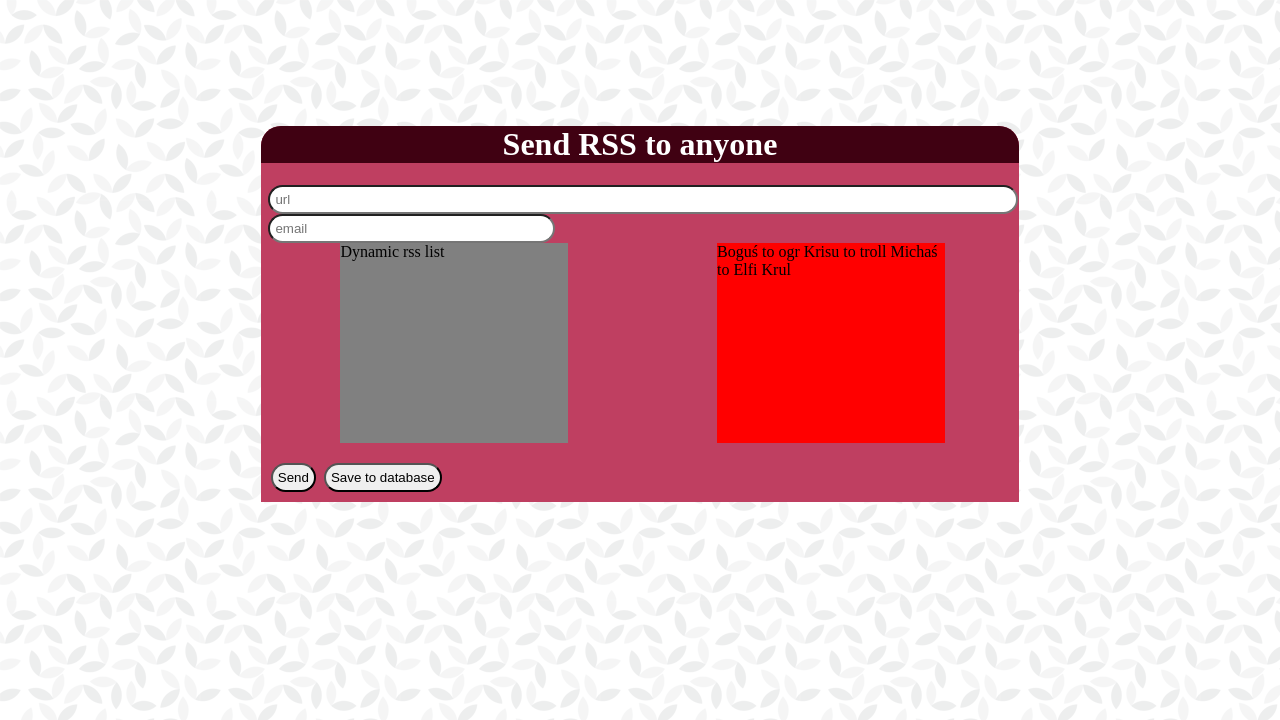
Repository: michalski9wsb/rss_final
Page: index.html
These files come from the project's save history. The page is drawn as it stood at one moment and after the next save; the edit follows.
The browser window is 1280 px wide. The pictures show the whole page.
Some web fonts or font styles are not loaded; a fallback is used.

Above is the page before, as saved 2020-03-08 10:32:28.

### index.html
<!DOCTYPE html>
<html lang="pl">
    <head>
        <meta charset="utf-8" />
        <title>Send RSS</title>
        <meta name="deskription" content="Apk for RSS" />
        <meta name="keywords" content="RSS,aplication, send" />
        <meta http-equiv="X-UA-Compatioble" content="IE=edge,chrome=1" />
        <link href="style.css" rel="stylesheet" type="text/css" />
        <link href="https://fonts.googleapis.com/css?family=Trade+Winds&display=swap" rel="stylesheet">
    </head>
    <body>
        <form method="get" action="send.php">
            <h1>Send RSS to anyone</h1>
            <div class="url-flex row">
                <input id="url"  name="url" type="url" placeholder="url"/>
            </div>
            <div id="helper"><input id="email"  name="email" type="email" placeholder="email" /></div>
            <div class="email-flex row">

                <div id="debug">
                    <label for="debug">Dynamic rss list</label>
                    <div name="debug"  rows="10">

                    </div>

                </div>
                <div class="sendlist" >
                    Boguś to ogr
                    Krisu to troll
                    Michaś to Elfi Krul
                </div>

             </div>
             <div style="clear:both;"></div>
            <div class="row">
                <!--<div class="buttonCentre">-->
                    <input id="send" type="submit" value="Send"/>
                    <button id="save" name="save">Save to database</button>
                <!--</div>-->
            </div>
        </form>
    </body>
</html>

### style.css
body{
    background-image: url(geometric-leaves/geometric-leaves.png);
    font-family: 'Trade Winds' ;
}
h1{
    display: block;
    border-radius: 20px 20px 0px 0px;
    background-color: #400112;
    color: white;
    margin-left: auto;
    margin-right: auto;
    text-align: center;
    position: relative;
}
form{
    border-radius: 20px 20px 0 0;
    margin-left: 20%;
    margin-top: 10%;
    width: 60%;
    background-color: #BF3F61;
}
input{
    border-radius: 20px;
    padding: 5px;
}
input[type=submit]{
    margin-left: 10px;
}
button{
    border-radius: 20px;
    margin-left: 4px;
    padding: 5px;
    margin-bottom: 10px;
}
#debug{

    background-color: gray;
    flex-direction: column;
    margin-left: 5px;
    float: left;
    width: 30%;
    height: 200px;
}
.sendlist{
    background-color: red;
    height: 200px;
    width: 30%;
}

input#email{
    float: left;
    width: 36%;
    margin-left: 1%;
}
input#url{
    /*margin-top: 2%;*/
    margin-left: 1%;
    width: 97%;
}
.row{
    width: 100%;
    margin-top: 20px;
}
.email-flex{
    display: flex;
    justify-content: space-around;
}

After the next save:
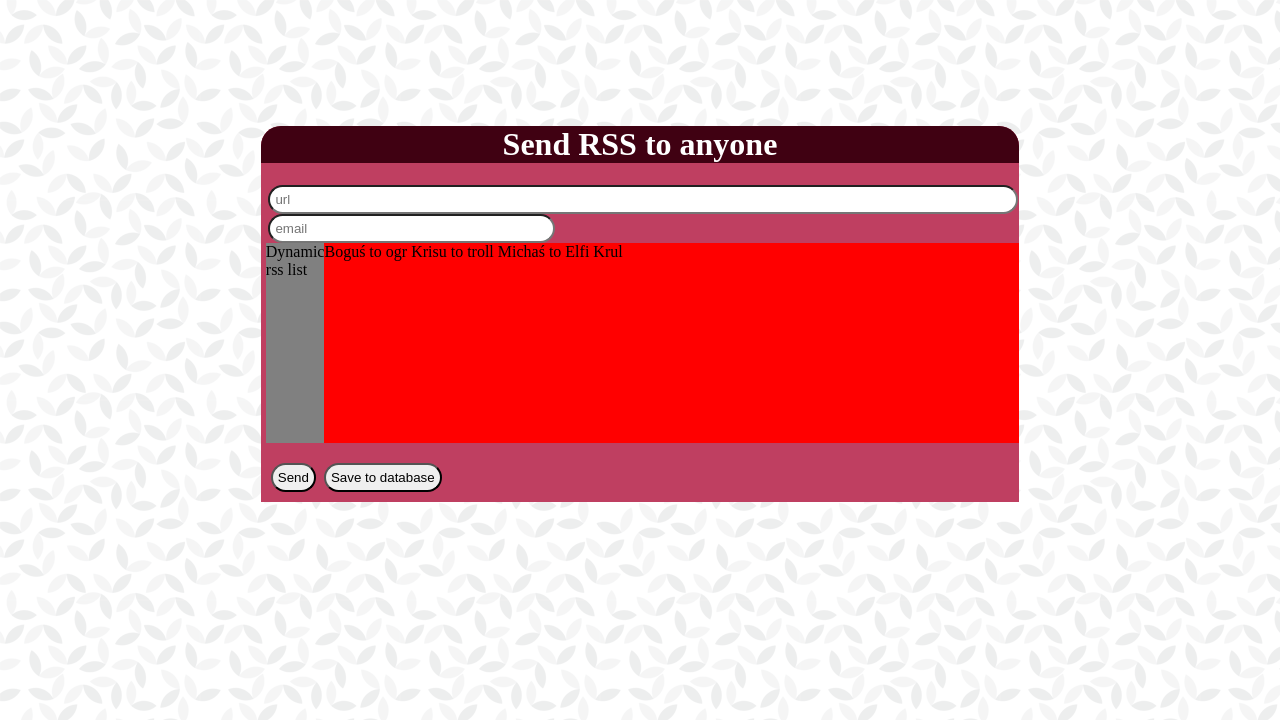
Saved 7 s later.
--- a/style.css
+++ b/style.css
@@ -44,7 +44,7 @@ button{
 .sendlist{
     background-color: red;
     height: 200px;
-    width: 30%;
+    width: 500%;
 }
 
 input#email{
